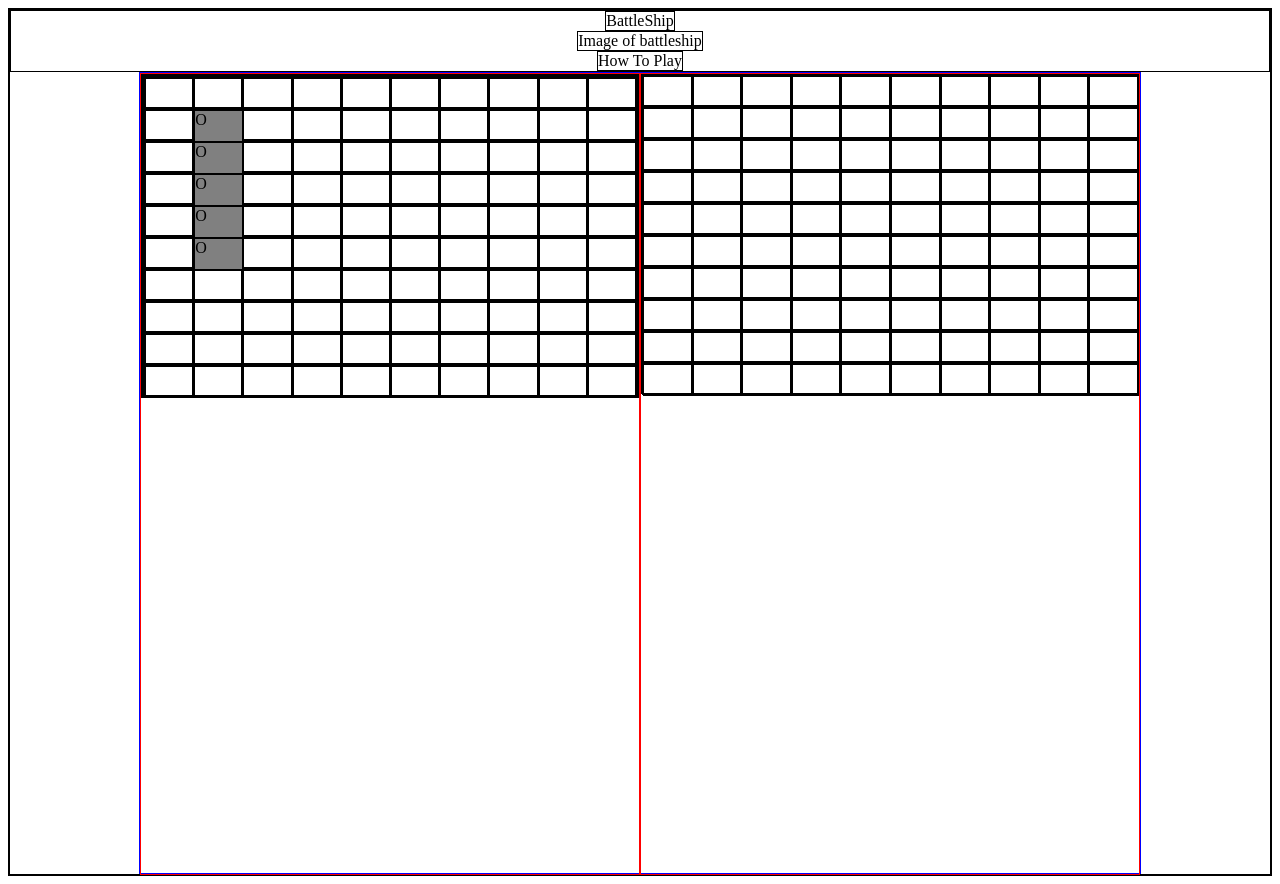
Repository: J-Haze/BattleshipApp
Page: /
The author's editor kept a copy of each file at every save. The page is drawn from the files as they stood at one save, then again after the next save.
The browser window is 1280 px wide. The pictures show the whole page.
The project was rebuilt for these pictures with package versions that can differ from the ones it lists, and the page was loaded fresh each time. Also part of the build but not shown: src/index.css.

Above is the page before, as saved 2020-09-22 19:51:46.

After the next save:
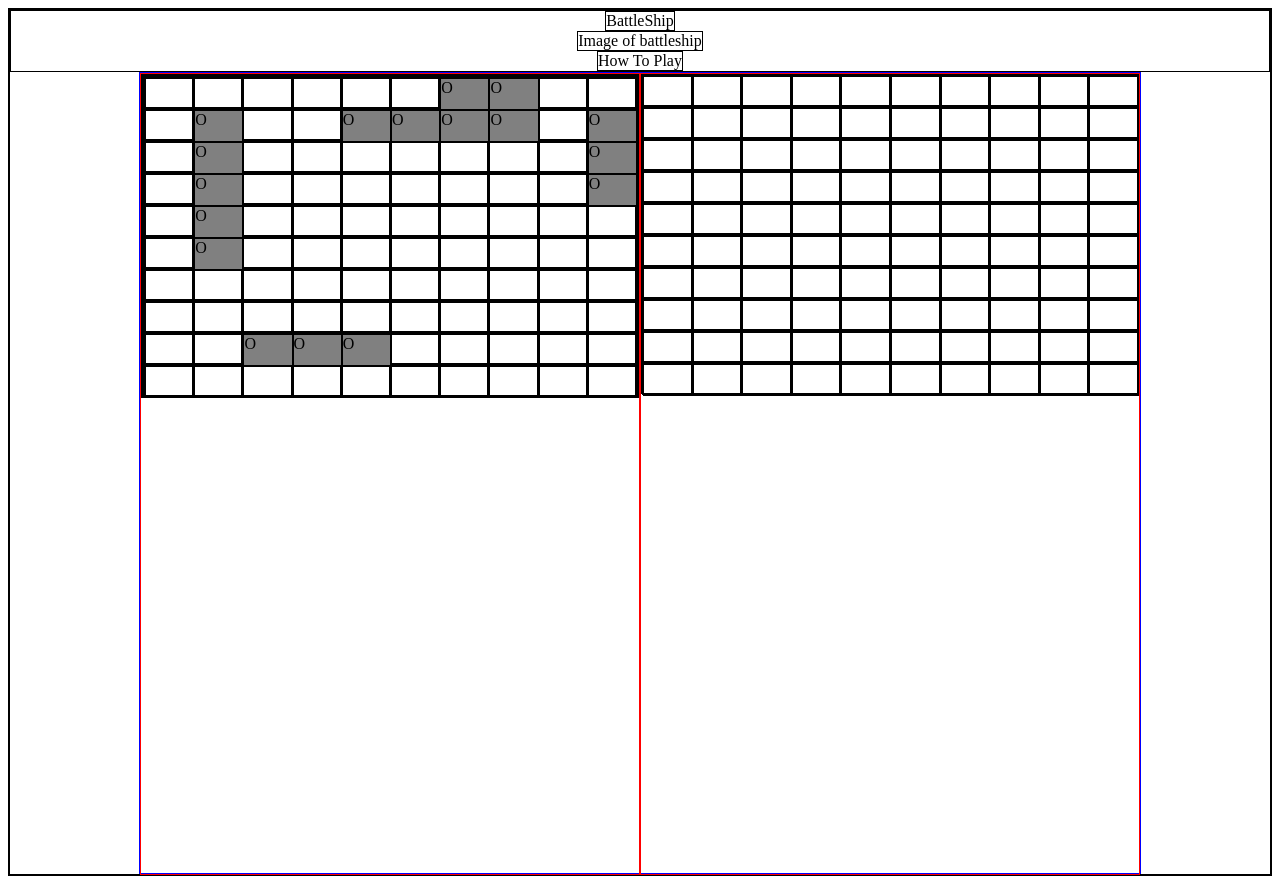
Saved 33 min 2 s later.
--- a/src/Components/Game.js
+++ b/src/Components/Game.js
@@ -58,31 +58,12 @@ function Game() {
     let pSubmarineOrient = "";
     let pDestroyerOrient = "";
 
-    // // const placeShipsPlayer = (pCarrier, pBattleship, pCruiser, pSubmarine, pDestroyer, pCarrierOrient, pBattleshipOrient, pCruiserOrient, pSubmarineOrient, pDestroyerOrient) => {
-    // useEffect(() => {
-    //     setPlayerBoard(pBoard)
-    // }, []
-    //     // [pBoard]
-    //     //^^This creates an infinite loop
-    // );
-
     const placeShipsPlayer = (pCarrier, pBattleship, pCruiser, pSubmarine, pDestroyer, pCarrierOrient, pBattleshipOrient, pCruiserOrient, pSubmarineOrient, pDestroyerOrient) => {
-        // pBoard = playerOne.gameboard.placeShip(carrier, 5, pCarrier, pCarrierOrient);
-        // pBoard = playerOne.gameboard.placeShip(battleship, 4, pBattleship, pBattleshipOrient);
-        // pBoard = playerOne.gameboard.placeShip(cruiser, 3, pCruiser, pCruiserOrient);
-        // pBoard = playerOne.gameboard.placeShip(submarine, 3, pSubmarine, pSubmarineOrient);
-        // pBoard = playerOne.gameboard.placeShip(destroyer, 2, pDestroyer, pDestroyerOrient);
-
-
-
         playerState.gameboard.placeShip(carrier, 5, pCarrier, pCarrierOrient);
-
-        // player.gameboard.placeShip(battleship, 4, pBattleship, pBattleshipOrient);
-        // player.gameboard.placeShip(cruiser, 3, pCruiser, pCruiserOrient);
-        // player.gameboard.placeShip(submarine, 3, pSubmarine, pSubmarineOrient);
-        // player.gameboard.placeShip(destroyer, 2, pDestroyer, pDestroyerOrient);
-
-        // return pBoard
+        playerState.gameboard.placeShip(battleship, 4, pBattleship, pBattleshipOrient);
+        playerState.gameboard.placeShip(cruiser, 3, pCruiser, pCruiserOrient);
+        playerState.gameboard.placeShip(submarine, 3, pSubmarine, pSubmarineOrient);
+        playerState.gameboard.placeShip(destroyer, 2, pDestroyer, pDestroyerOrient);
     }
 
     pCarrier = 11;
@@ -133,40 +114,11 @@ function Game() {
     let attackCoord = "";
 
     function handleClick(id) {
-        // const updatedBoard = [...computer.gameboard.board];
-
         attackCoord = playerState.sendAttack(id);
-        // const updatedBoard = [computer.gameboard.receiveAttack(attackCoord)];
         computer.gameboard.receiveAttack(attackCoord)
-
-        // console.log("updatedBoard", updatedBoard)
-
-        // setComputer(computer.gameboard.receiveAttack(attackCoord))
-        // setComputer(updatedBoard)
-        // setComputer(computer)
-
         setRefresh(!refresh)
         console.log("computer:", computer)
-
-        // console.log("new cBoard", computer.gameboard)
-        // console.log("computerBoard!!", computerBoard)
     };
-
-    // function handleClick(id) {
-    //     console.log("clicked", id)
-    //     attackCoord = playerOne.sendAttack(id);
-    //     console.log("attackCoord", attackCoord)
-    //     // console.log("what:", computer.gameboard.receiveAttack(attackCoord))
-    //     // cBoard = computer.gameboard.receiveAttack(attackCoord);
-    //     computer.gameboard.receiveAttack(attackCoord)
-    //     console.log("(computer.gameboard", computer.gameboard)
-    //     // cBoard = computerBoard.receiveAttack(attackCoord);
-    //     // setComputerBoard(computer.gameboard)
-    //     console.log("computer.gameboard.receiveAttack(attackCoord)", computer.gameboard.receiveAttack(attackCoord))
-    //     // setComputerBoard(computer.gameboard.board)
-    //     console.log("new cBoard", computer.gameboard)
-    //     // console.log("computerBoard!!", computerBoard)
-    // };
 
     function createRows(board) {
         rows = [];
@@ -182,11 +134,6 @@ function Game() {
     }, [computer, refresh]
     );
 
-    // useEffect(() => {
-    //     createRows(computer.gameboard);
-    // }, [computer.gameboard]
-    // );
-
     return (
         <div id="game">
             <div id="col-one" className="column">
@@ -197,26 +144,9 @@ function Game() {
                 // handleTest={handleTest}
                 />
 
-                {/* {rowState.map((row, i) => {
-                    return (
-                        <Row
-                            key={i}
-                            roww={i}
-                            rowObj={row}
-                        />
-                    );
-                })
-                } */}
-
 
             </div>
             <div id="col-two" className="column">
-                {/* <Board
-                    key={computerBoard}
-                    board={computerBoard}
-                    handleClick={handleClick}
-                    handleTest={handleTest}
-                /> */}
 
                 {rowState.map((row, i) => {
                     return (
